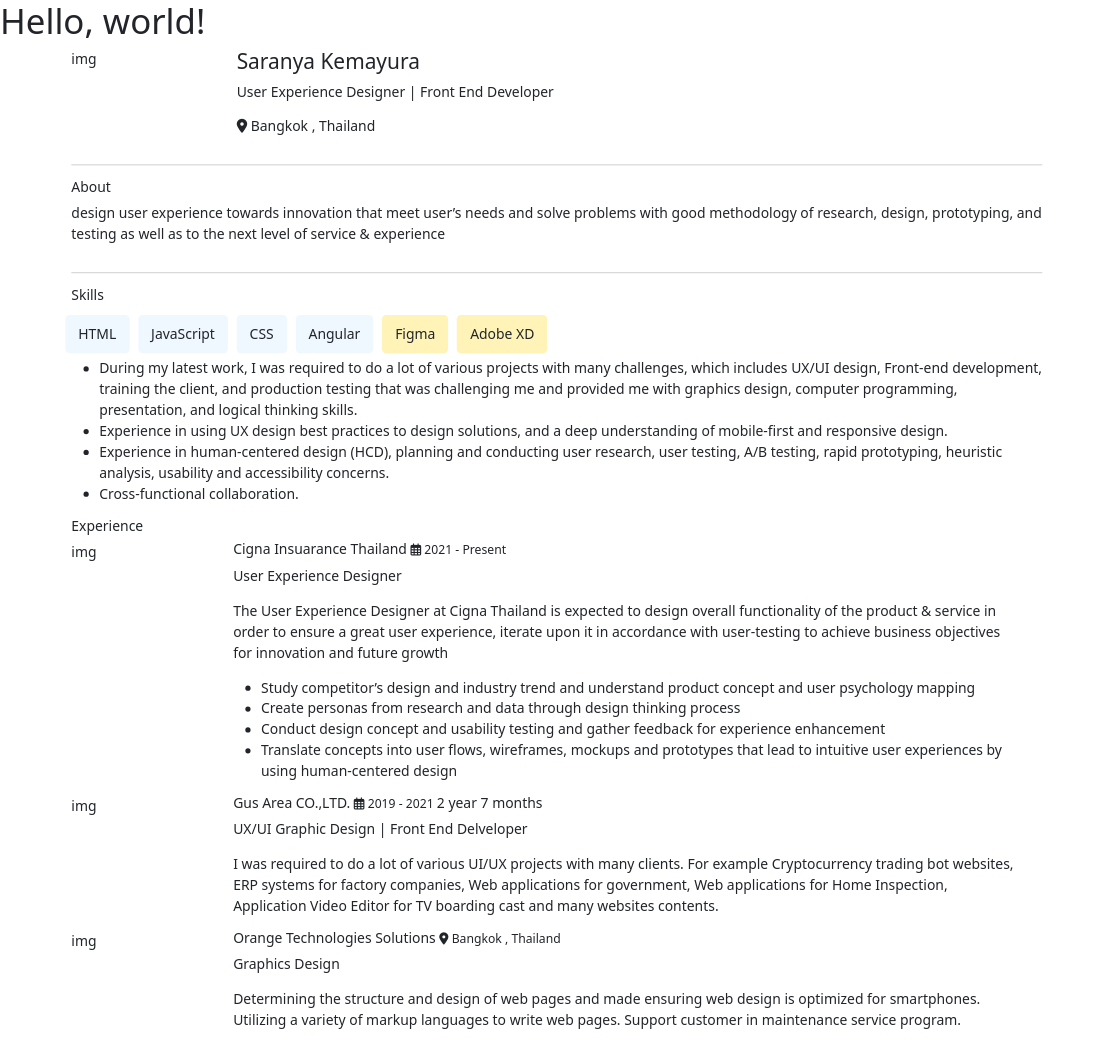
Repository: 0910th/portfolio
Page: index.html
An editor plug-in stored every save of this project. The page is shown before and after the next save, followed by the edit.
The browser window is 1280 px wide. The pictures show the whole page, at 87% of full size.

Above is the page before, as saved 2022-12-12 12:23:20.

After the next save:
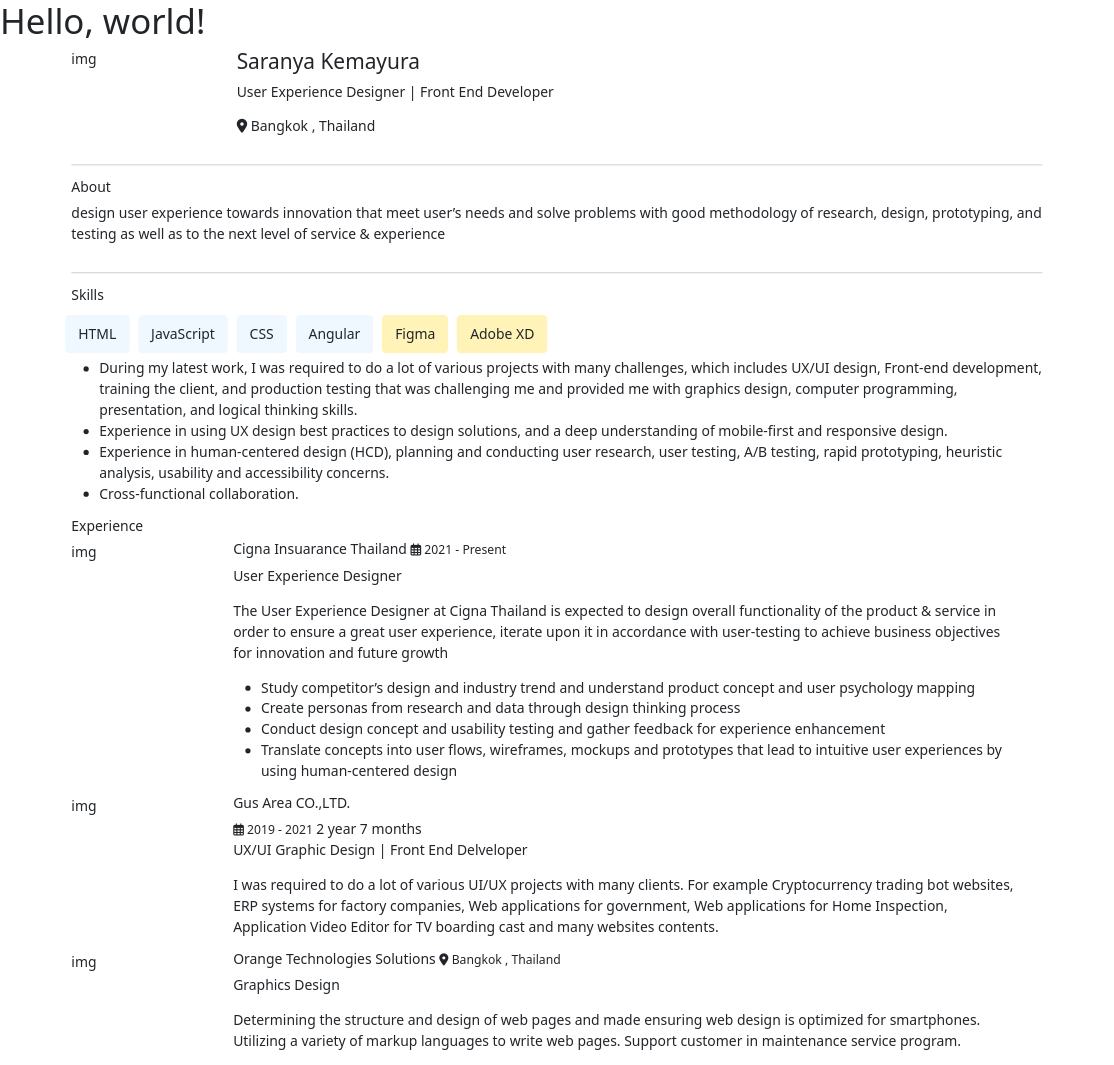
Saved 17 s later.
--- a/index.html
+++ b/index.html
@@ -89,7 +89,7 @@
                     img
                 </div>
                 <div class="col-10">
-                    <h6> Gus Area CO.,LTD. <small class="text-grey"> <i class="fa-regular fa-calendar-days"></i> 2019 - 2021 </small> 2 year 7 months </h6>
+                    <h6> Gus Area CO.,LTD.  </h6><small class="text-grey"> <i class="fa-regular fa-calendar-days"></i> 2019 - 2021 </small> 2 year 7 months
                     <p> UX/UI Graphic Design | Front End Delveloper </p>
                     <p> I was required to do a lot of various UI/UX projects with many clients. For example Cryptocurrency trading bot websites,
                     ERP systems for factory companies, Web applications for government, Web applications for Home Inspection, Application

After the save that followed:
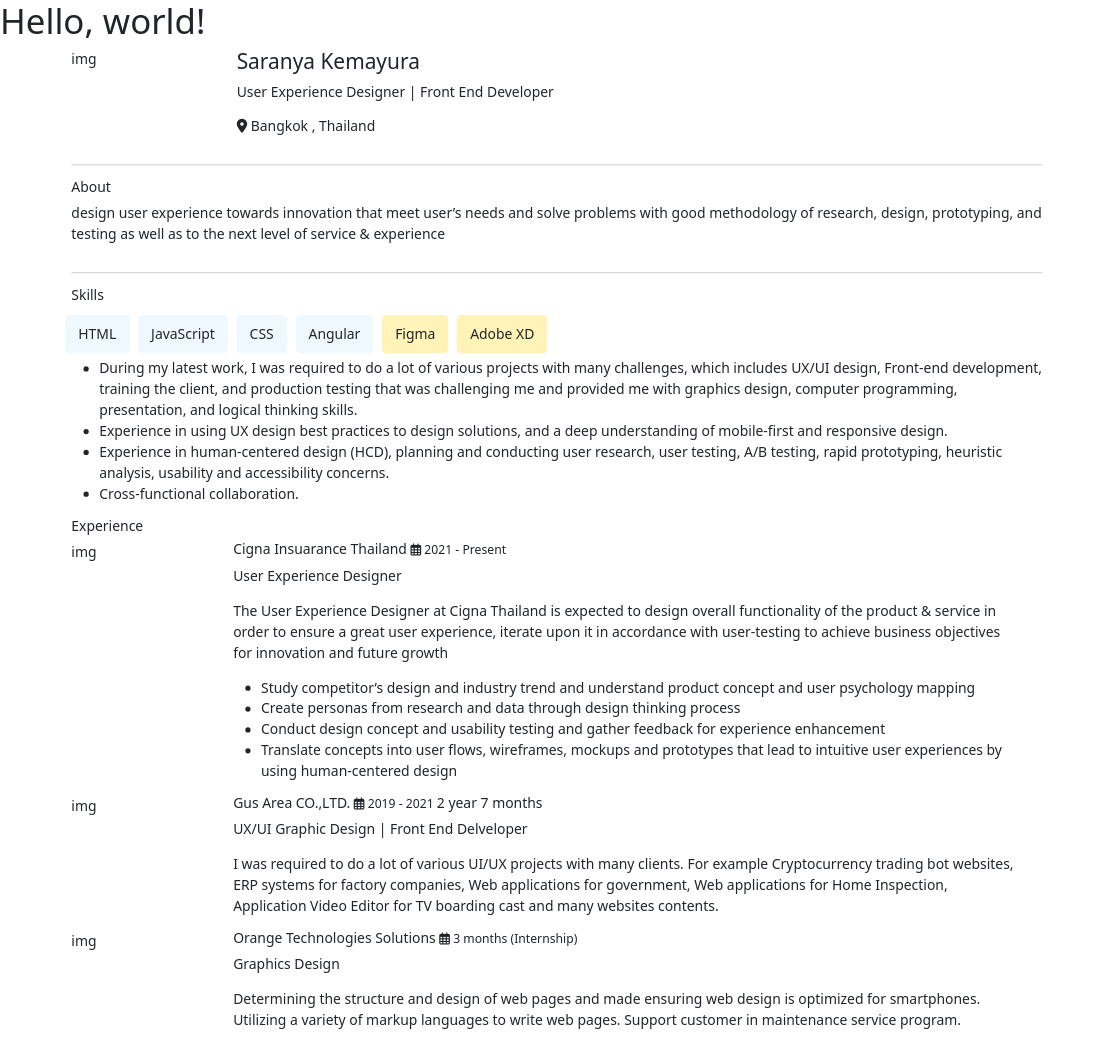
Saved 66 s later.
--- a/index.html
+++ b/index.html
@@ -89,7 +89,7 @@
                     img
                 </div>
                 <div class="col-10">
-                    <h6> Gus Area CO.,LTD.  </h6><small class="text-grey"> <i class="fa-regular fa-calendar-days"></i> 2019 - 2021 </small> 2 year 7 months
+                    <h6> Gus Area CO.,LTD. <small class="text-grey"> <i class="fa-regular fa-calendar-days"></i> 2019 - 2021 </small> 2 year 7 months  </h6>
                     <p> UX/UI Graphic Design | Front End Delveloper </p>
                     <p> I was required to do a lot of various UI/UX projects with many clients. For example Cryptocurrency trading bot websites,
                     ERP systems for factory companies, Web applications for government, Web applications for Home Inspection, Application
@@ -103,8 +103,7 @@
                     img
                 </div>
                 <div class="col-10">
-                    <h6> Orange Technologies Solutions <small class="text-grey"> <i class="fa-solid fa-location-dot"></i> Bangkok ,
-                            Thailand </small> </h6>
+                    <h6> Orange Technologies Solutions <small class="text-grey"> <i class="fa-regular fa-calendar-days"></i> 3 months (Internship) </small> </h6>
                     <p> Graphics Design </p>
                     <p> Determining the structure and design of web pages and made
                         ensuring web design is optimized for smartphones. Utilizing a variety of
